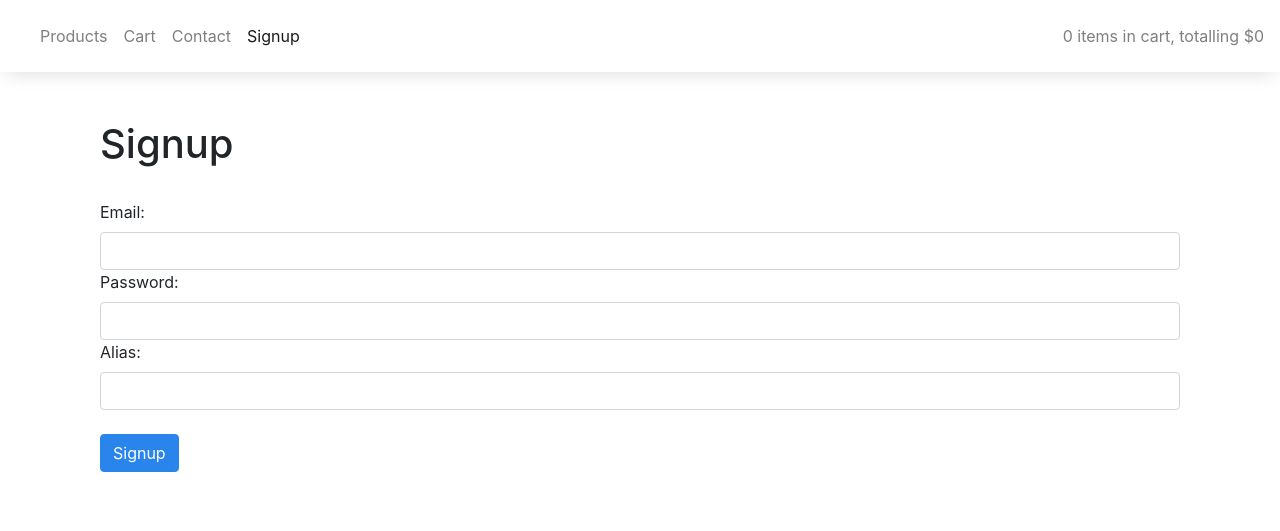
Repository: dayrim/wavecraft
Page: /signup
The author's editor kept a copy of each file at every save. The page is drawn from the files as they stood at one save, then again after the next save.
The browser window is 1280 px wide. The pictures show the whole page.
The project was rebuilt for these pictures with package versions that can differ from the ones it lists, and the page was loaded fresh each time. Also part of the build but not shown: vue.config.js.

Above is the page before, as saved 2019-04-22 16:14:37.

After the next save:
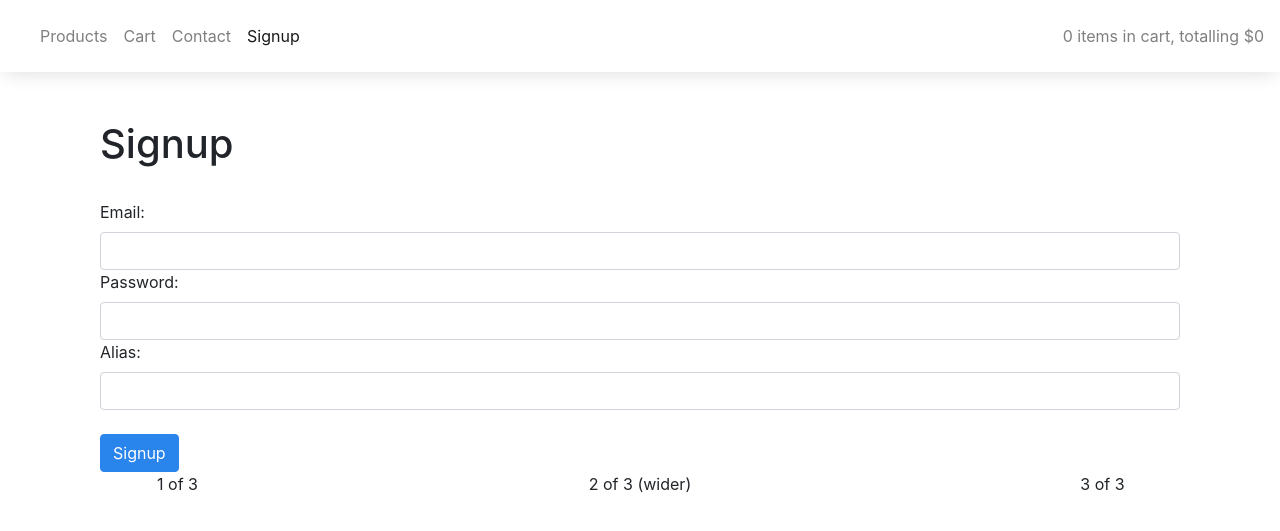
Saved 35 s later.
--- a/src/components/Signup.vue
+++ b/src/components/Signup.vue
@@ -10,6 +10,12 @@
     <b-form-input id="alias" type="text"></b-form-input>
     <br />
     <b-button variant="primary">Signup</b-button>
+
+    <b-row class="text-center">
+      <b-col>1 of 3</b-col>
+      <b-col cols="8">2 of 3 (wider)</b-col>
+      <b-col>3 of 3</b-col>
+    </b-row>
   </b-container>
 </template>
 
